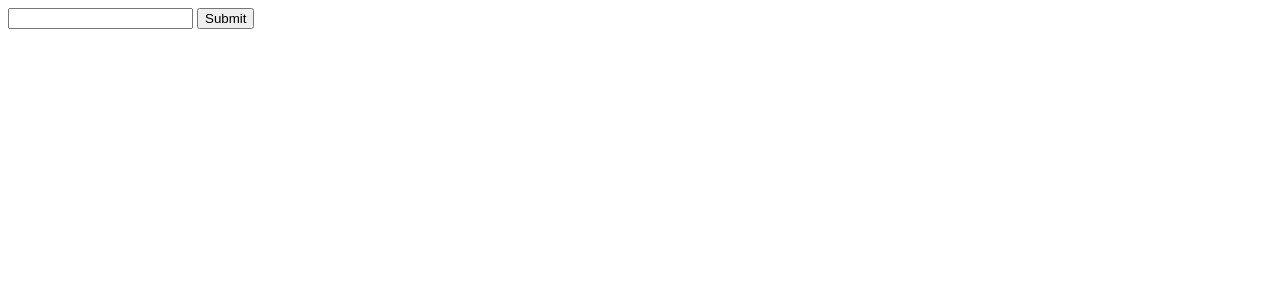
Repository: manjunath1718/TKA-CoreJava-Jdbc-Hibernate-Programs
Page: http://localhost/ServletApp/login.jsp
These files come from the project's save history. The page is drawn as it stood at one moment and after the next save; the edit follows.
The browser window is 1280 px wide. The pictures show the whole page.
The page is served by Tomcat 9.

Above is the page before, as saved 2024-07-18 13:29:40.

After the next save:
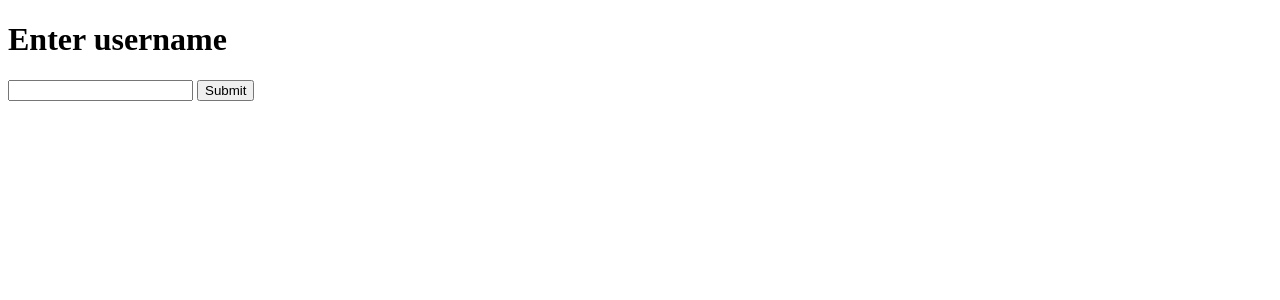
Saved 7 min 33 s later.
--- a/ServletApp/src/main/webapp/login.jsp
+++ b/ServletApp/src/main/webapp/login.jsp
@@ -10,7 +10,10 @@
 
 <form  action="./firstServletApp">
 
+    <h1>Enter username</h1>
     <input type="text">
+
+
     <input type="submit">
 
 </form>
